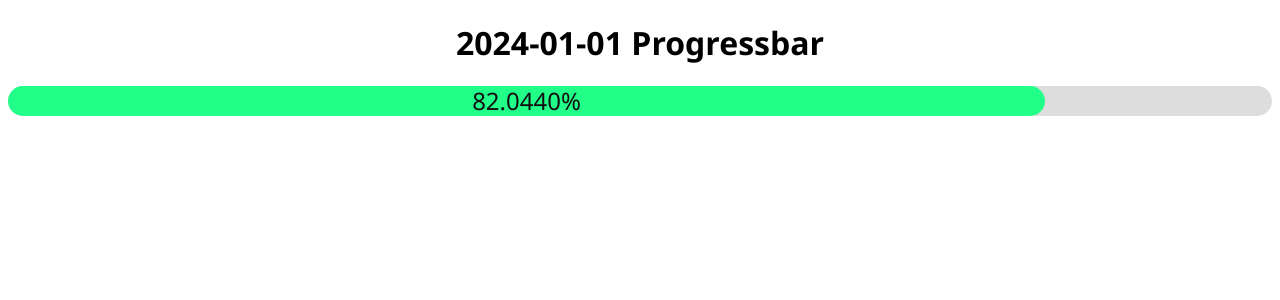
Repository: end888160/end888160.github.io
Page: progress_2.html
An editor plug-in stored every save of this project. The page is shown before and after the next save, followed by the edit.
The browser window is 1280 px wide. The pictures show the whole page.

Above is the page before, as saved 2024-09-22 01:33:32.

After the next save:
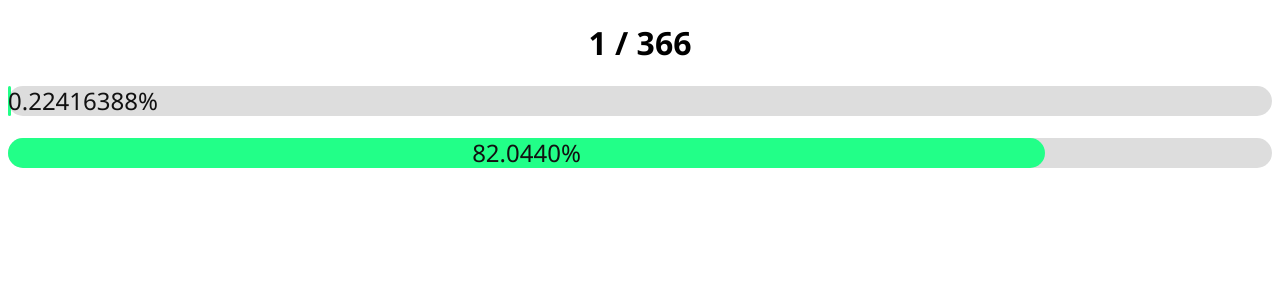
Saved 42 min 21 s later.
--- a/progress_2.html
+++ b/progress_2.html
@@ -9,8 +9,23 @@
 	background-color: #ddd;
 	border-radius: 1cm;
 }
+#countDownProgress2 {
+	width: 100%;
+	background-color: #ddd;
+	border-radius: 1cm;
+}
 
 #countDownBar {
+	width: 10%;
+	height: 30px;
+	background-color: #2f8;
+	text-align: center;
+	line-height: 30px;
+	color: #111;
+	border-radius:1cm;
+	font-size: x-large;
+}
+#countDownBar2 {
 	width: 10%;
 	height: 30px;
 	background-color: #2f8;
@@ -29,6 +44,14 @@
 			color: #ddd;
 
 		}
+		#countDownProgress2{
+			background-color: #333;
+		}
+		#countDownBar2 {
+			background-color: #496;
+			color: #ddd;
+
+		}
 		html {
 			color: #ddd;
 			background-color: #222;
@@ -36,6 +59,10 @@
 	}
 	@media only screen and (max-width: 600px) {
 		#countDownBar {
+			height: 60px;
+			font-size: xx-large;
+		}
+		#countDownBar2 {
 			height: 60px;
 			font-size: xx-large;
 		}
@@ -49,7 +76,43 @@
 	<div id="countDownBar"></div>
 </div>
 
+<script>
+	var i=0
+function progress() {
+	var countDownTarget = new Date().getFullYear() + 1;
+  if (i == 0) {
+    i = 1;
+    var elem = document.getElementById("countDownBar");
+    var width = 0;
+    function frame() {
+      if (((new Date().getTime() - new Date("Jan 1, " + ( countDownTarget - 1) + " 00:00:00")) / ( new Date("Jan 1, " + countDownTarget + " 00:00:00").getTime() - new Date("Jan 1, " + ( countDownTarget - 1) + " 00:00:00")) * 100).toFixed(8) >= 100) {
+        clearInterval(id);
+        i = 0;
+      } else {
+        elem.style.width = ((new Date().getTime() - new Date("Jan 1, " + ( countDownTarget - 1) + " 00:00:00")) / ( new Date("Jan 1, " + countDownTarget + " 00:00:00").getTime() - new Date("Jan 1, " + ( countDownTarget - 1) + " 00:00:00")) * 100).toFixed(8) + "%";
+        elem.innerHTML = ((new Date().getTime() - new Date("Jan 1, " + ( countDownTarget - 1) + " 00:00:00")) / ( new Date("Jan 1, " + countDownTarget + " 00:00:00").getTime() - new Date("Jan 1, " + ( countDownTarget - 1) + " 00:00:00")) * 100).toFixed(8)  + "%";
+      }
+    }
+	setInterval(frame, 50);
+	document.title = countDownTarget - 1 + " is " + ((new Date().getTime() - new Date("Jan 1, " + ( countDownTarget - 1) + " 00:00:00")) / ( new Date("Jan 1, " + countDownTarget + " 00:00:00").getTime() - new Date("Jan 1, " + ( countDownTarget - 1) + " 00:00:00")) * 100).toFixed(1) + "% complete."
+  }
+
+}
+function count() {
+	progress();
+	setTimeout(count, 1)
+}
+
+count()
+</script>
+
+
 <br>
+
+<div id="countDownProgress2">
+	<div id="countDownBar2"></div>
+</div>
+
 
 <script>
 	var i=0
@@ -57,10 +120,15 @@ function progress() {
 	var countDownTarget = new Date().getFullYear() + 1;
 	if (i == 0) {
 		i = 1;
-		var elem = document.getElementById("countDownBar");
+		var elem = document.getElementById("countDownBar2");
 		var width = 0;
 		function frame() {
-			document.getElementById("caption").innerHTML = new Date().getFullYear() + "-" + ((new Date().getMonth()+1) < 10 ? "0" + (new Date().getMonth()+1) : (new Date().getMonth()+1)) + "-" + (new Date().getDate() < 10 ? "0" + new Date().getDate() : new Date().getDate()) + " Progressbar";
+			if ((new Date().getFullYear() % 4 === 0 && new Date().getFullYear() % 100 !== 0) || (new Date().getFullYear() % 400 === 0)) {
+				document.getElementById("caption").innerHTML = Math.ceil(((new Date() - new Date(new Date().getFullYear(), 0, 1))) / (1000 * 60 * 60 * 24)) +" / 366";
+			} else {
+				document.getElementById("caption").innerHTML = Math.ceil(((new Date() - new Date(new Date().getFullYear(), 0, 1))) / (1000 * 60 * 60 * 24)) +" / 365";
+			}
+
 			if (((new Date().getTime() - new Date("Jan 1, " + ( countDownTarget - 1) + " 00:00:00")) / ( new Date("Jan 1, " + countDownTarget + " 00:00:00").getTime() - new Date("Jan 1, " + ( countDownTarget - 1) + " 00:00:00")) * 100).toFixed(8) >= 100) {
 				clearInterval(id);
 				i = 0;
